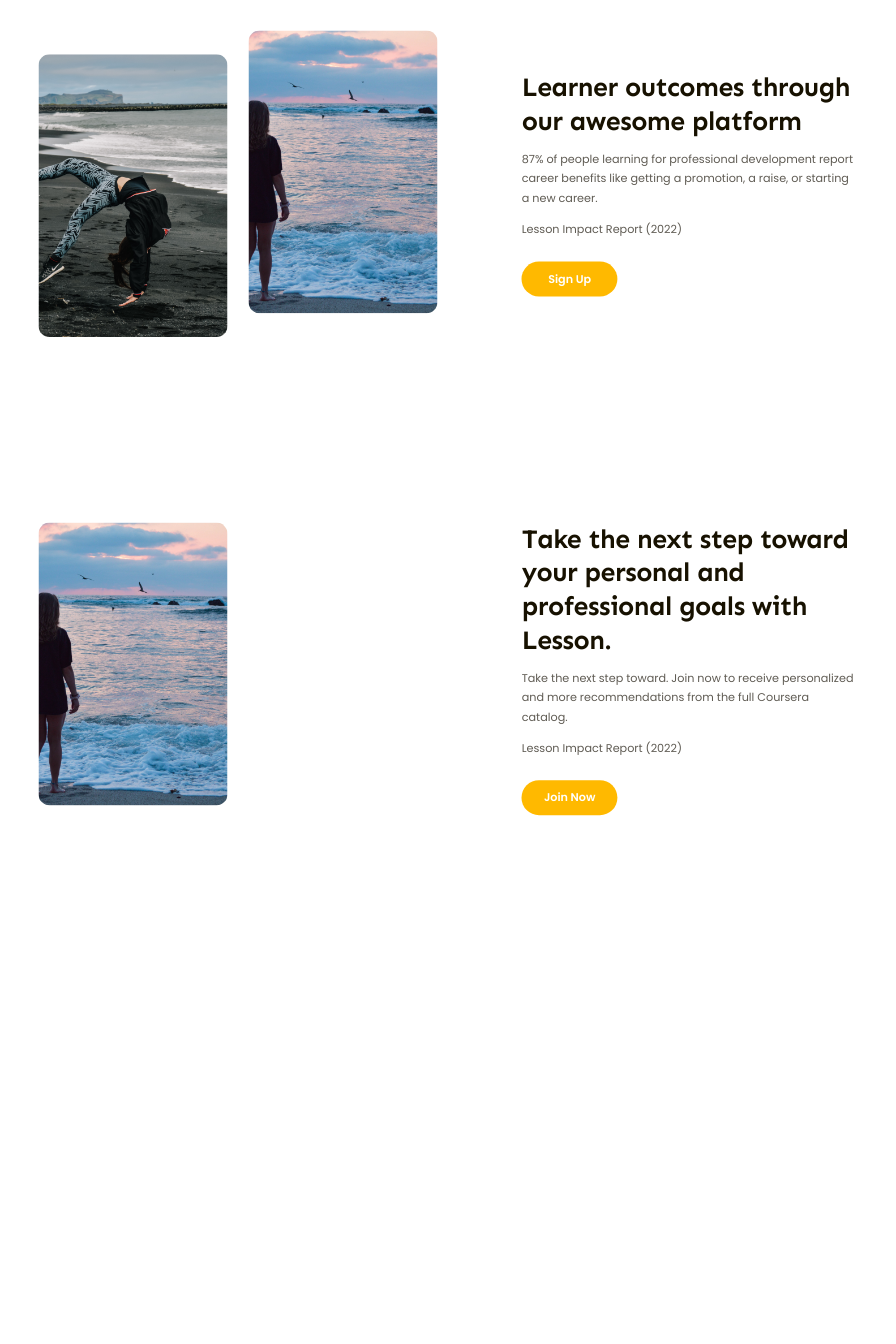
Repository: ynguyen1512/htmlcss-project-02
Page: index.html
The author's editor kept a copy of each file at every save. The page is drawn from the files as they stood at one save, then again after the next save.
The browser window is 1280 px wide. The pictures show the part of the page from y = 2481 to 4401 px (the page is 5000 px tall), at 70% of full size.
A picture or video elsewhere on the page could not be fetched, so the positions and the page height are approximate.

Above is the page before, as saved 2023-03-08 23:34:49.

### index.html
<!DOCTYPE html>
<html lang="en">
<head>
    <meta charset="UTF-8">
    <meta http-equiv="X-UA-Compatible" content="IE=edge">
    <meta name="viewport" content="width=device-width, initial-scale=1.0">
    <title>F8 Project 02</title>
    <!-- Reset CSS -->
    <link rel="stylesheet" href="./assets/css/reset.css">
    <!-- Embed fonts -->
    <link rel="preconnect" href="https://fonts.googleapis.com">
    <link rel="preconnect" href="https://fonts.gstatic.com" crossorigin>
    <link href="https://fonts.googleapis.com/css2?family=Poppins:ital,wght@0,400;0,500;0,600;0,700;1,400&family=Sen:wght@700&display=swap" rel="stylesheet">
    <!-- Styles -->
    <link rel="stylesheet" href="./assets/css/style.css">
</head>
<body>
    <main style="height: 5000px;">
        <!-- Header -->
        <header class="header fixed">
            <div class=" main-content">
                <di class="body">
                    <!-- Logo -->
                    <a href="#">
                        <img src="./assets/img/logo.png" alt="Lesson." class="logo">
                    </a>
                    <!-- Navigation -->
                    <nav class="nav">
                        <ul>
                            <li class="active"><a href="#!">Home</a></li>
                            <li><a href="#!">Courses</a></li>
                            <li><a href="#!">Pricing</a></li>
                            <li><a href="#!">Reviews</a></li>
                        </ul>
                    </nav>

                    <!-- Action -->
                    <div class="action">
                        <a href="" class="btn sign-up-btn">Sign Up</a>
                    </div>
                </di >
            </div>
        </header>

        <!-- Hero -->
        <div class="hero">
            <div class="main-content">
                <div class="body">
                    <!-- Hero-left -->
                    <div class="media-block">
                        <img src="./assets/img/hero-img.jpg"
                        alt="Learn without limits and spread knowledge." class="img">

                        <div class="hero-summary">
                            <div class="item">
                                <div class="icon">
                                    <img src="./assets/icons/list.svg" alt="">
                                </div>
                                <div class="info">
                                    <p class="label">20 Courses</p>
                                    <p class="title">UI/UX Design</p>
                                </div>
                            </div>
                            <div class="item">
                                <div class="icon">
                                    <img src="./assets/icons/code.svg" alt="">
                                </div>
                                <div class="info">
                                    <p class="label">20 Courses</p>
                                    <p class="title">Development</p>
                                </div>
                            </div>
                            <div class="item">
                                <div class="icon">
                                    <img src="./assets/icons/speaker.svg" alt="">
                                </div>
                                <div class="info">
                                    <p class="label">30 Courses</p>
                                    <p class="title">Marketing</p>
                                </div>
                            </div>
                        </div>
                    </div>
                    <!-- Hero right -->
                    <div class="content-block">
                        <h1 class="heading lv1">Learn without limits and spread knowledge.</h1>
                        <p class="desc">Build new skills for that “this is my year” feeling with courses, certificates, and degrees from world-class
                             universities and companies.</p>
                        <div class="cta-group">
                            <a href="" class="btn hero-cta">See Courses</a>
                            <button class="watch-video">
                                <div class="icon">
                                    <img src="./assets/icons/play.svg" alt="">
                                </div>
                                <span>Watch Video</span>
                            </button>
                        </div>
                        <p class="desc">Recent engagement</p>
                        <p class="desc stats">
                            <strong>50K</strong> Students
                            <strong>70+</strong> Courses
                        </p>
                    </div>
                </div>
            </div>
        </div>

        <!-- Popular -->
        <div class="popular">
            <div class="main-content">
                <div class="popular-top">
                    <div class="info">
                        <h2 class="heading lv2">Our popular courses</h2>
                        <p class="desc">
                            Build new skills with new trendy courses and
                            shine for the next future career.
                        </p>
                    </div>
                    <div class="controls">
                        <button class="control-btn">
                            <svg
                                width="8"
                                height="14"
                                viewBox="0 0 8 14"
                                fill="none"
                                xmlns="http://www.w3.org/2000/svg"
                            >
                                <path
                                    d="M7 1L1 7L7 13"
                                    stroke="currentColor"
                                    stroke-linecap="round"
                                    stroke-linejoin="round"
                                />
                            </svg>
                        </button>
                        <button class="control-btn">
                            <svg
                                width="8"
                                height="14"
                                viewBox="0 0 8 14"
                                fill="none"
                                xmlns="http://www.w3.org/2000/svg"
                            >
                                <path
                                    d="M1 1L7 7L1 13"
                                    stroke="currentColor"
                                    stroke-linecap="round"
                                    stroke-linejoin="round"
                                />
                            </svg>
                        </button>
                    </div>
                </div>

                <div class="course-list">
                    <!-- Course item 1 -->
                    <div class="course-item">
                        <a href="#!">
                            <img
                                src="./assets/img/course-1.jpg"
                                alt="Basic web design"
                                class="thumb"
                            />
                        </a>
                        <div class="info">
                            <div class="head">
                                <h3 class="title">
                                    <a
                                        href="#!"
                                        class="line-clamp break-all"
                                    >
                                        Basic web design
                                    </a>
                                </h3>
                                <div class="rating">
                                    <img
                                        src="./assets/icons/star.svg"
                                        alt="Star"
                                        class="star"
                                    />
                                    <span class="value">4.5</span>
                                </div>
                            </div>
                            <p class="desc line-clamp line-2 break-all">
                                Get the best course, gain knowledge and
                                shine for your future career.
                            </p>
                            <div class="foot">
                                <span class="price">$120.75</span>
                                <button class="btn book-btn">
                                    Book Now
                                </button>
                            </div>
                        </div>
                    </div>

                    <!-- Course item 2 -->
                    <div class="course-item">
                        <a href="#!">
                            <img
                                src="./assets/img/course-2.jpg"
                                alt="UI/UX design"
                                class="thumb"
                            />
                        </a>
                        <div class="info">
                            <div class="head">
                                <h3 class="title">
                                    <a
                                        href="#!"
                                        class="line-clamp break-all"
                                    >
                                        UI/UX design
                                    </a>
                                </h3>
                                <div class="rating">
                                    <img
                                        src="./assets/icons/star.svg"
                                        alt="Star"
                                        class="star"
                                    />
                                    <span class="value">4.5</span>
                                </div>
                            </div>
                            <p class="desc line-clamp line-2 break-all">
                                Get the best course, gain knowledge and
                                shine for your future career.
                            </p>
                            <div class="foot">
                                <span class="price">$120.75</span>
                                <button class="btn book-btn">
                                    Book Now
                                </button>
                            </div>
                        </div>
                    </div>

                    <!-- Course item 3 -->
                    <div class="course-item">
                        <a href="#!">
                            <img
                                src="./assets/img/course-3.jpg"
                                alt="Web App design"
                                class="thumb"
                            />
                        </a>
                        <div class="info">
                            <div class="head">
                                <h3 class="title">
                                    <a
                                        href="#!"
                                        class="line-clamp break-all"
                                    >
                                        Web App design
                                    </a>
                                </h3>
                                <div class="rating">
                                    <img
                                        src="./assets/icons/star.svg"
                                        alt="Star"
                                        class="star"
                                    />
                                    <span class="value">4.5</span>
                                </div>
                            </div>
                            <p class="desc line-clamp line-2 break-all">
                                Get the best course, gain knowledge and
                                shine for your future career.
                            </p>
                            <div class="foot">
                                <span class="price">$120.75</span>
                                <button class="btn book-btn">
                                    Book Now
                                </button>
                            </div>
                        </div>
                    </div>
                </div>
            </div>
        </div>

        <!-- Feedback -->
        <div class="feedback">
            <div class="main-content">
                <div class="feedback-list">
                    <!-- Feedback item 1 -->
                    <div class="feedback-item">
                        <!-- left side -->
                        <div class="info">
                            <img src="./assets/img/feedback-avatar-1.jpg" alt="" class="avatar">
                            <p class="title">Peter Moor</p>
                            <p class="desc">Student of Web Design</p>
                            <div class="dots">
                                <span class="dot active"></span>
                                <span class="dot"></span>
                                <span class="dot"></span>
                            </div>
                        </div>
                        <!-- right side -->
                        <div class="content">
                            <img src="./assets/icons/open-quotes.svg" alt="" class="open-quotes">
                            <blockquote>
                                Not only does my resume look impressive—filled with the
                                names and logos of world-class institutions—but these
                                certificates also bring me closer to my career goals by validating the skills I've learned."
                            </blockquote>
                        </div>
                    </div>

                    <!-- Feedback item 2 -->
                    <div class="feedback-item">
                        <!-- left side -->
                        <div class="info">
                            <img src="./assets/img/feedback-avatar-2.jpg" alt="" class="avatar">
                            <p class="title">Peter Moor</p>
                            <p class="desc">Student of Web Design</p>
                            <div class="dots">
                                <span class="dot"></span>
                                <span class="dot active"></span>
                                <span class="dot"></span>
                            </div>
                        </div>
                        <!-- right side -->
                        <div class="content">
                            <img src="./assets/icons/open-quotes.svg" alt="" class="open-quotes">
                            <blockquote>
                                Not only does my resume look impressive—filled with the
                                names and logos of world-class institutions—but these
                                certificates also bring me closer to my career goals by validating the skills I've learned."
                            </blockquote>
                        </div>
                    </div>

                    <!-- Feedback item 3 -->
                    <div class="feedback-item">
                        <!-- left side -->
                        <div class="info">
                            <img src="./assets/img/feedback-avatar-3.jpg" alt="" class="avatar">
                            <p class="title">Peter Moor</p>
                            <p class="desc">Student of Web Design</p>
                            <div class="dots">
                                <span class="dot"></span>
                                <span class="dot"></span>
                                <span class="dot active"></span>
                            </div>
                        </div>
                        <!-- right side -->
                        <div class="content">
                            <img src="./assets/icons/open-quotes.svg" alt="" class="open-quotes">
                            <blockquote>
                                Not only does my resume look impressive—filled with the
                                names and logos of world-class institutions—but these
                                certificates also bring me closer to my career goals by validating the skills I've learned."
                            </blockquote>
                        </div>
                    </div>
                </div>
            </div>
        </div>

        <!-- Features 1-->
        <div class="features">
            <div class="main-content">
                <div class="body">
                    <div class="images">
                        <img class="lower" src="./assets/img/feature-1.jpg" alt="Feature-1">
                        <img src="./assets/img/feature-2.jpg" alt="Feature-2">
                    </div>
                    <div class="content">
                        <h2 class="heading lv2">
                            Learner outcomes through our awesome platform
                        </h2>
                        <p class="desc">
                            87% of people learning for professional development report career benefits like getting a promotion, a raise, or starting a new career.
                        </p>
                        <p class="desc">Lesson Impact Report (2022)</p>
                        <a href="#!" class="btn cta-btn">Sign Up</a>
                    </div>
                </div>
            </div>
        </div>
        <!-- Features 2-->
        <div class="features">
            <div class="main-content">
                <div class="body">
                    <div class="images">
                        <img src="./assets/img/feature-2.jpg" alt="Feature-2">
                    </div>
                    <div class="content">
                        <h2 class="heading lv2">
                            Take the next step toward your personal and professional goals with Lesson.
                        </h2>
                        <p class="desc">
                            Take the next step toward. Join now to receive personalized  and more recommendations from the full Coursera catalog.
                        </p>
                        <p class="desc">Lesson Impact Report (2022)</p>
                        <a href="#!" class="btn cta-btn">Join Now</a>
                    </div>
                </div>
            </div>
        </div>
    </main>

    <footer>

    </footer>
</body>
</html>

Loaded but not shown: assets/css/reset.css (common file); assets/css/style.css (536 lines, source omitted)

After the next save:
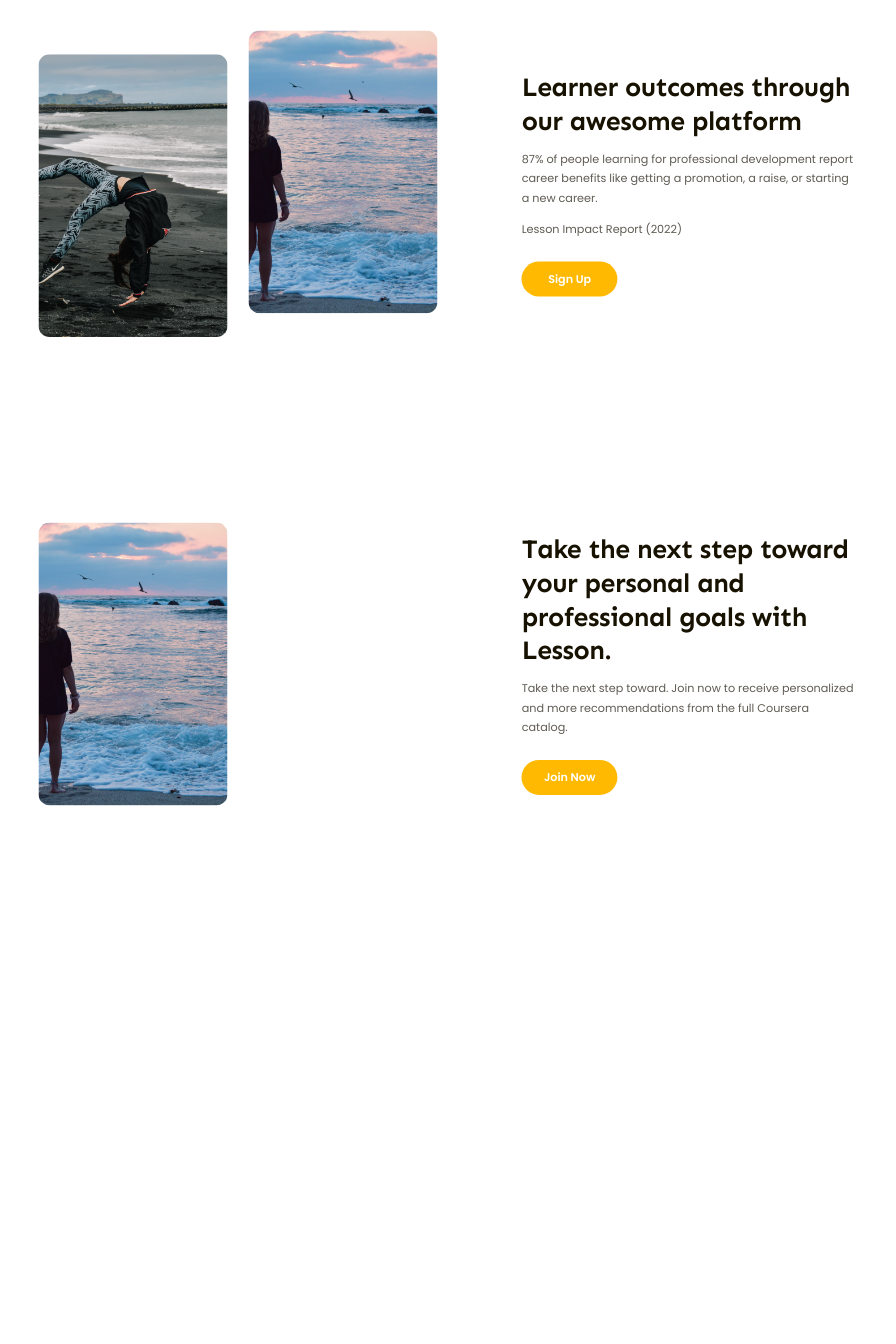
Saved 20 s later.
--- a/index.html
+++ b/index.html
@@ -393,7 +393,6 @@
                         <p class="desc">
                             Take the next step toward. Join now to receive personalized  and more recommendations from the full Coursera catalog.
                         </p>
-                        <p class="desc">Lesson Impact Report (2022)</p>
                         <a href="#!" class="btn cta-btn">Join Now</a>
                     </div>
                 </div>
